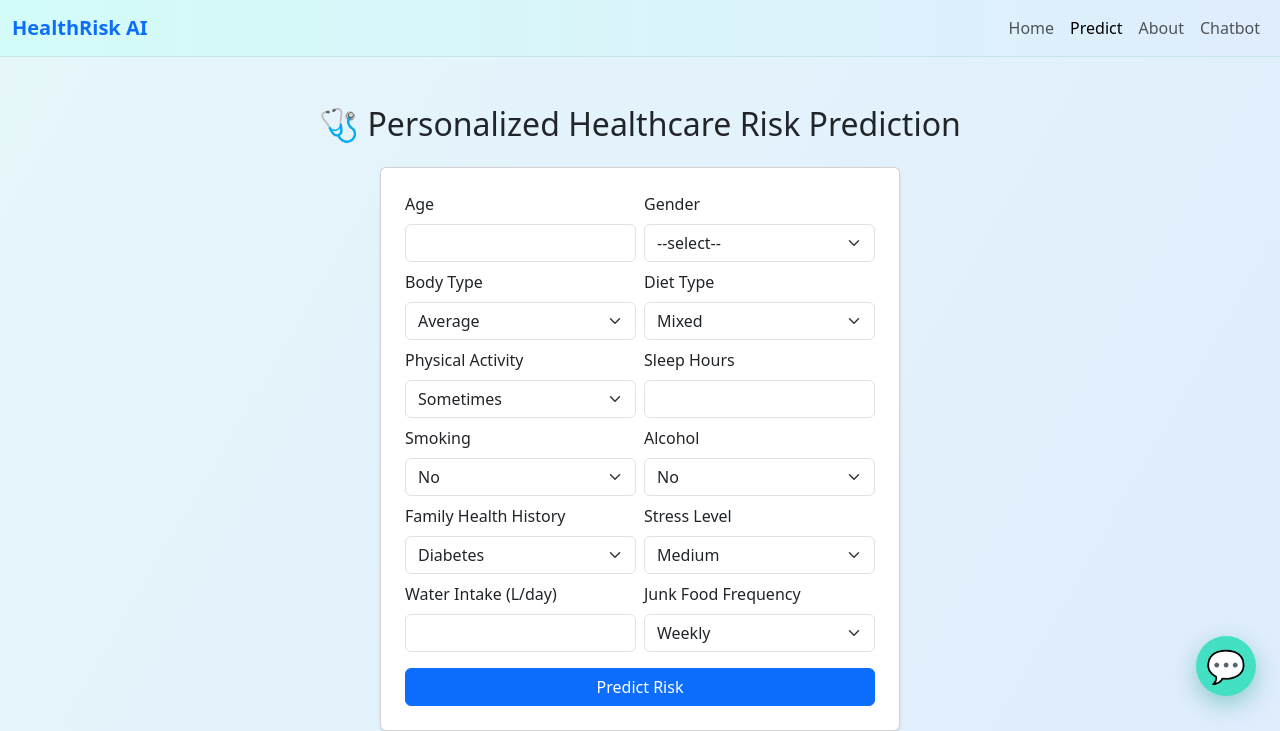
Repository: vipinsamy-sys/ML-health_tracker
Page: http://localhost/
An editor plug-in stored every save of this project. The page is shown before and after a run of saves, followed by the edit.
The browser window is 1280 px wide. The pictures show the whole page.
The page is served by the project's application, run on Flask 3 (app.py).

Above is the page before, as saved 2025-10-31 04:23:15.

### templates/index.html
<!DOCTYPE html>
<html lang="en">
<head>
  <meta charset="UTF-8">
  <title>Predict - HealthRisk AI</title>
  <link rel="stylesheet" href="https://cdn.jsdelivr.net/npm/bootstrap@5.3.0/dist/css/bootstrap.min.css">
 <style>
    body {
      background: linear-gradient(120deg, #e6f7fa 0%, #e0edfd 100%);
    }
    .navbar { background: linear-gradient(90deg, #d3fcf8 0%, #e0edfd 100%); border-bottom: 1px solid #c3e6e7; }
    .chatbot-fab { position: fixed; right: 24px; bottom: 24px; z-index: 999; width: 60px; height: 60px; border-radius: 50%; font-size: 2rem; background: #44e0c4; color: #fff; border: none; box-shadow: 0 8px 24px #60b8b1a8; }
    .chatbot-fab:hover { box-shadow: 0 16px 32px #60b8b1c0; background: #13b295; }
    .chatbot-popup { position: fixed; right: 24px; bottom: 100px; width: 330px; max-width: 95vw; border-radius: 18px; background: #f0fcfc; box-shadow: 0 8px 32px rgba(70,120,140,0.16); overflow: hidden; z-index:1100 }
    .chatbot-header { background: #23c9b2;color:#fff; padding:.75rem 1.2rem; display:flex;align-items:center;justify-content:space-between; }
    .chatbot-body { max-height: 200px; overflow-y: auto; padding: 1rem 1rem 0.5rem 1rem; color: #216164; background: #f7fafb; font-size: 0.98rem; }
    .chatbot-footer { background: #fff; padding: 0.5rem 1rem; border-top: 1px solid #d3fcf8; }
  </style>
</head>
 <!-- Navbar -->
  <nav class="navbar navbar-expand-lg navbar-light">
    <div class="container-fluid">
      <a class="navbar-brand fw-bold text-primary" href="index.html">HealthRisk AI</a>
      <button class="navbar-toggler" type="button" data-bs-toggle="collapse" data-bs-target="#navbarNav" aria-controls="navbarNav">
        <span class="navbar-toggler-icon"></span>
      </button>
      <div class="collapse navbar-collapse" id="navbarNav">
        <ul class="navbar-nav ms-auto">
          <li class="nav-item"><a class="nav-link" href="index.html">Home</a></li>
          <li class="nav-item"><a class="nav-link active" href="predict.html">Predict</a></li>
          <li class="nav-item"><a class="nav-link" href="about.html">About</a></li>
          <li class="nav-item"><a class="nav-link" href="#" onclick="openChatbot();return false;">Chatbot</a></li>
        </ul>
      </div>
    </div>
  </nav>
<body class="bg-light">
  <div class="container text-center mt-5">
    <h2 class="mb-4">🩺 Personalized Healthcare Risk Prediction</h2>
    <form action="/predict" method="POST" class="card p-4 shadow-sm mx-auto" style="max-width:520px; text-align:left;">
      <div class="row g-2">
        <div class="col-6">
          <label class="form-label">Age</label>
          <input type="number" class="form-control" name="age" required>
        </div>
        <div class="col-6">
          <label class="form-label">Gender</label>
          <select class="form-select" name="gender" required>
            <option value="select">--select--</option>
            <option value="Male">Male</option>
            <option value="Female">Female</option>
            <option value="Other">Other</option>
          </select>
        </div>
        <div class="col-6">
          <label class="form-label">Body Type</label>
          <select class="form-select" name="body_type" required>
          <option value="select">--select--</option>

            <option value="Slim">Slim</option>
            <option value="Average" selected>Average</option>
            <option value="Overweight">Overweight</option>
          </select>
        </div>
        <div class="col-6">
          <label class="form-label">Diet Type</label>
          <select class="form-select" name="diet_type" required>
            <option value="Vegetarian">Vegetarian</option>
            <option value="Mixed" selected>Mixed</option>
            <option value="Fast-food lover">Fast-food lover</option>
          </select>
        </div>
        <div class="col-6">
          <label class="form-label">Physical Activity</label>
          <select class="form-select" name="physical_activity" required>
            <option value="Rarely">Rarely</option>
            <option value="Sometimes" selected>Sometimes</option>
            <option value="Regularly">Regularly</option>
          </select>
        </div>
        <div class="col-6">
          <label class="form-label">Sleep Hours</label>
          <input type="number" step="0.1" class="form-control" name="sleep_hours" required>
        </div>
        <div class="col-6">
          <label class="form-label">Smoking</label>
          <select class="form-select" name="smoking" required>
            <option value="No" selected>No</option>
            <option value="Yes">Yes</option>
          </select>
        </div>
        <div class="col-6">
          <label class="form-label">Alcohol</label>
          <select class="form-select" name="alcohol" required>
            <option value="No" selected>No</option>
            <option value="Yes">Yes</option>
          </select>
        </div>
        <div class="col-6">
          <label class="form-label">Family Health History</label>
          <select class="form-select" name="family_history" required>
            <option value="None">None</option>
            <option value="Diabetes" selected>Diabetes</option>
            <option value="Heart Issues">Heart Issues</option>
          </select>
        </div>
        <div class="col-6">
          <label class="form-label">Stress Level</label>
          <select class="form-select" name="stress_level" required>
            <option value="Low">Low</option>
            <option value="Medium" selected>Medium</option>
            <option value="High">High</option>
          </select>
        </div>
        <div class="col-6">
          <label class="form-label">Water Intake (L/day)</label>
          <input type="number" step="0.1" class="form-control" name="water_intake_liters" required>
        </div>
        <div class="col-6">
          <label class="form-label">Junk Food Frequency</label>
          <select class="form-select" name="junk_food_freq" required>
            <option value="Rarely">Rarely</option>
            <option value="Weekly" selected>Weekly</option>
            <option value="Daily">Daily</option>
          </select>
        </div>
      </div>
      <button class="btn btn-primary w-100 mt-3">Predict Risk</button>
    </form>
    {% if result %}
      <div class="alert alert-info mt-4">{{ result }}</div>
    {% endif %}
    <!-- Floating Chatbot Button -->
  <button class="chatbot-fab" id="open-fab" onclick="openChatbot();" title="Open Chatbot">💬</button>
  <div class="chatbot-popup d-none" id="chatbotPopup">
    <div class="chatbot-header">
      <span><b>HealthBot</b></span>
      <button onclick="closeChatbot();" class="btn btn-sm btn-light">&times;</button>
    </div>
    <div class="chatbot-body" id="chatBody">
      <div class="text-secondary small mb-2">Ask about health, diet, or prevention tips!</div>
    </div>
    <div class="chatbot-footer d-flex">
      <input type="text" class="form-control me-2" id="chatInput" placeholder="Type your question...">
      <button class="btn btn-success" id="chatSend">Send</button>
    </div>
  </div>
  <script>
    function openChatbot() {
      document.getElementById('chatbotPopup').classList.remove('d-none');
      document.getElementById('open-fab').style.display = 'none';
    }
    function closeChatbot() {
      document.getElementById('chatbotPopup').classList.add('d-none');
      document.getElementById('open-fab').style.display = '';
    }
    function showResult(event) {
      event.preventDefault();
      document.getElementById('resultBox').classList.remove('d-none');
    }
    // Chatbox logic (calls Flask /api/chat on the same origin)
    (function(){
      const chatBody = document.getElementById('chatBody');
      const chatInput = document.getElementById('chatInput');
      const chatSend = document.getElementById('chatSend');

      function appendMessage(role, text){
        const wrap = document.createElement('div');
        wrap.className = role === 'user' ? 'text-end mb-2' : 'text-start mb-2';
        const bubble = document.createElement('div');
        bubble.className = role === 'user' ? 'd-inline-block px-3 py-2 bg-primary text-white rounded-3' : 'd-inline-block px-3 py-2 bg-white border rounded-3';
        bubble.textContent = text;
        wrap.appendChild(bubble);
        chatBody.appendChild(wrap);
        chatBody.scrollTop = chatBody.scrollHeight;
      }

      async function sendMessage(){
        const msg = (chatInput.value || '').trim();
        if(!msg) return;
        appendMessage('user', msg);
        chatInput.value = '';

        const thinking = document.createElement('div');
        thinking.className = 'text-start mb-2 text-secondary small';
        thinking.textContent = 'Thinking…';
        chatBody.appendChild(thinking);
        chatBody.scrollTop = chatBody.scrollHeight;

        try{
          const res = await fetch('/api/chat', {
            method: 'POST',
            headers: { 'Content-Type': 'application/json' },
            body: JSON.stringify({ message: msg })
          });
          const data = await res.json();
          thinking.remove();
          if(data && data.reply){
            appendMessage('assistant', data.reply);
          } else if (data && data.error){
            appendMessage('assistant', 'Error: ' + data.error);
          } else {
            appendMessage('assistant', 'No response.');
          }
        }catch(err){
          thinking.remove();
          appendMessage('assistant', 'Network error.');
        }
      }

      chatSend.addEventListener('click', sendMessage);
      chatInput.addEventListener('keydown', function(e){ if(e.key === 'Enter'){ sendMessage(); }});
    })();
  </script>
  </div>
</body>
</html>

### app.py
from flask import Flask, request, render_template, jsonify
import joblib
import numpy as np

app = Flask(__name__)

model = joblib.load('model/model.pkl')

@app.route('/')
def home():
    return render_template('index.html')

@app.route('/predict', methods=['POST'])
def predict():
    try:
        age = float(request.form['age'])
        bmi = float(request.form['bmi'])
        bp = float(request.form['bp'])
        glucose = float(request.form['glucose'])

        input_data = np.array([[age, bmi, bp, glucose]])
        prediction = model.predict(input_data)[0]

        result = "⚠️ High Risk" if prediction == 1 else "✅ Low Risk"
        return render_template('index.html', result=result)

    except Exception as e:
        return jsonify({'error': str(e)})

if __name__ == "__main__":
    app.run(debug=True)

After the next 2 saves:
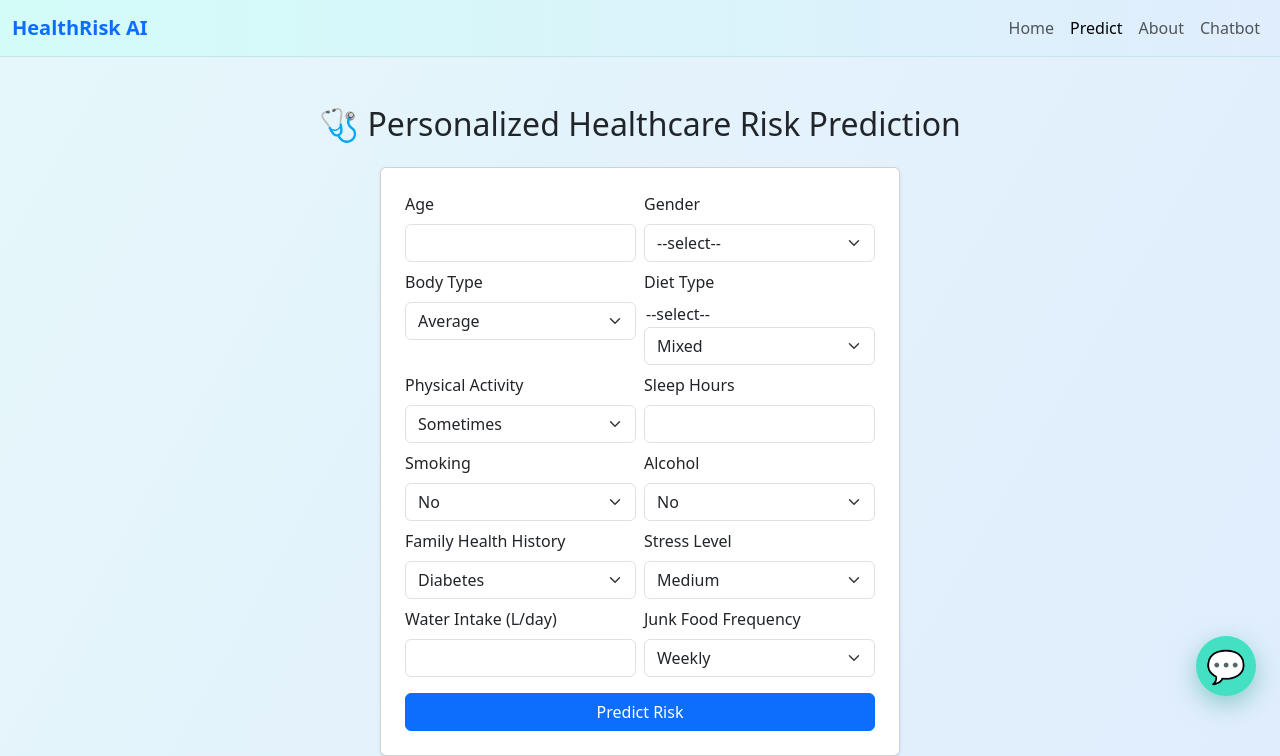
The 2 saves are shown as one change because they came seconds apart.
The last was saved 7 s later.
--- a/templates/index.html
+++ b/templates/index.html
@@ -64,6 +64,8 @@
         </div>
         <div class="col-6">
           <label class="form-label">Diet Type</label>
+                      <option value="select">--select--</option>
+
           <select class="form-select" name="diet_type" required>
             <option value="Vegetarian">Vegetarian</option>
             <option value="Mixed" selected>Mixed</option>

After the 3 saves that followed:
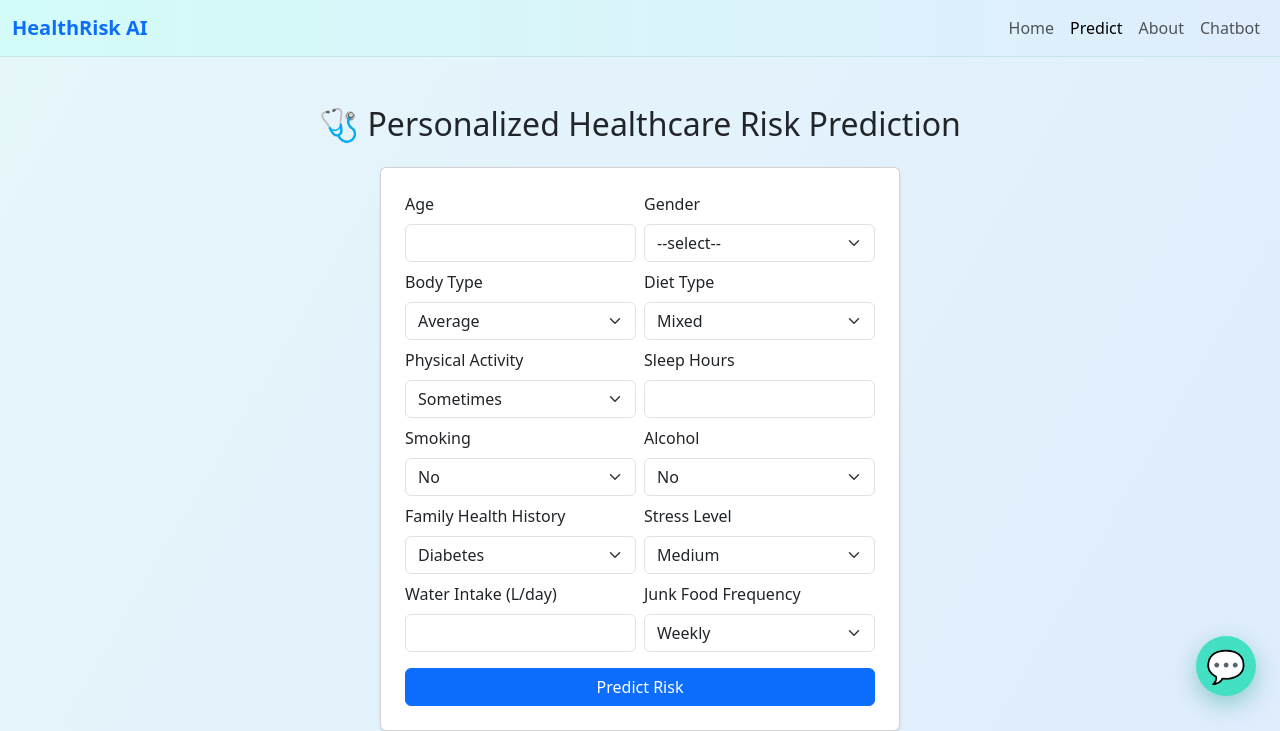
The 3 saves are shown as one change because they came seconds apart.
The last was saved 16 s later.
--- a/templates/index.html
+++ b/templates/index.html
@@ -64,9 +64,11 @@
         </div>
         <div class="col-6">
           <label class="form-label">Diet Type</label>
-                      <option value="select">--select--</option>
+
 
           <select class="form-select" name="diet_type" required>
+                        <option value="select">--select--</option>
+
             <option value="Vegetarian">Vegetarian</option>
             <option value="Mixed" selected>Mixed</option>
             <option value="Fast-food lover">Fast-food lover</option>
